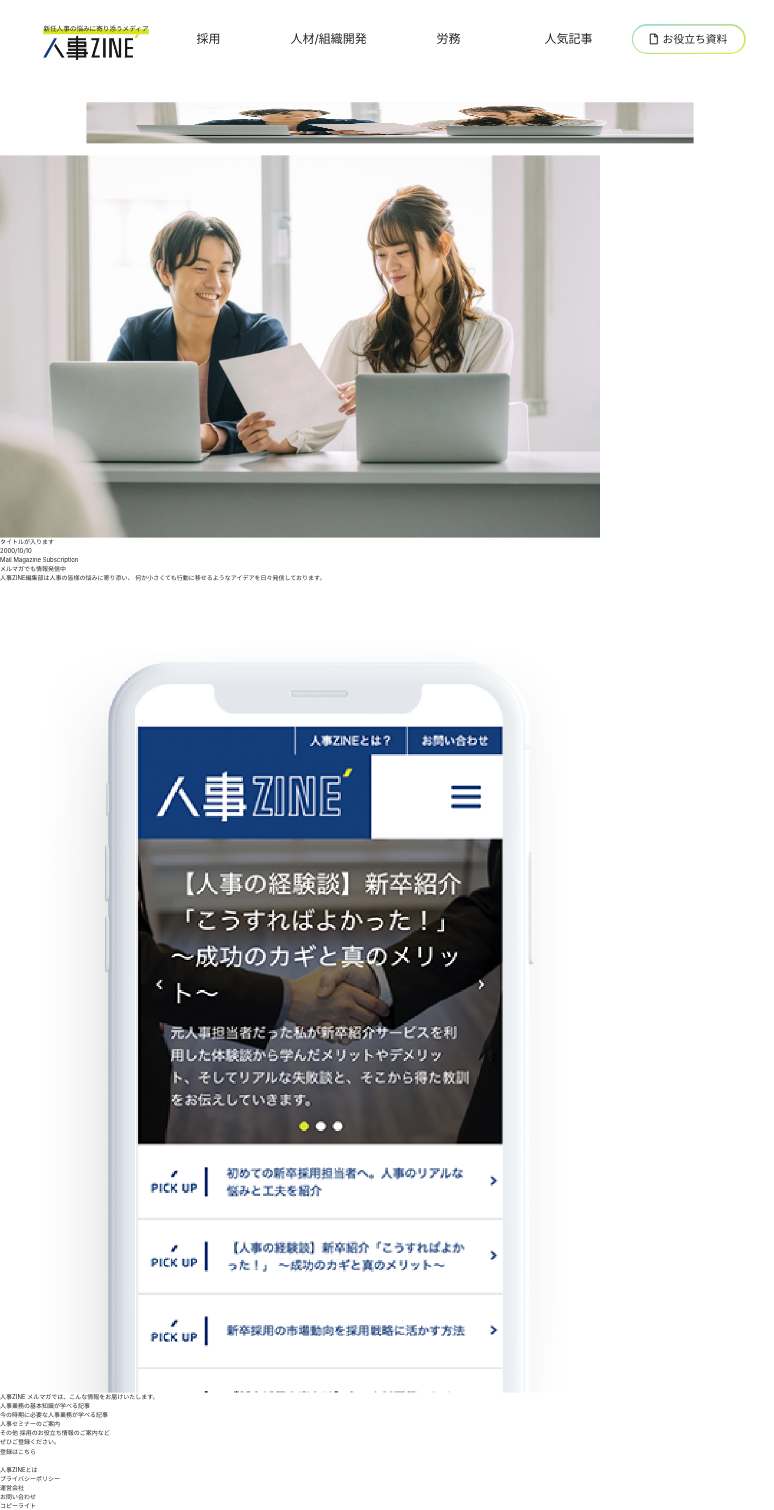
Repository: daisukey623/WpPractice
Page: http://localhost/index.html
The author's editor kept a copy of each file at every save. The page is drawn from the files as they stood at one save, then again after the next save.
The browser window is 1280 px wide. The page is 1290 px wide, so the pictures cover 1290 px, including what lies to the right of the window. The pictures show the whole page, at 60% of full size.
Some web libraries are served in a nearby version. The page is run by PHP 8.4 with error messages shown; the project is at /var/www/html/. Style sheets and scripts are compiled from the project's sources, by tool versions that may differ from the author's.

Above is the page before, as saved 2021-09-25 14:18:30.

### index.html
<!DOCTYPE html>
<html lang="en">
  <head>
    <meta charset="UTF-8" />
    <meta http-equiv="X-UA-Compatible" content="IE=edge" />
    <meta name="viewport" content="width=device-width, initial-scale=1.0" />
    <link rel="stylesheet" href="/scss/this-thema.css" />
    <link
      href="https://use.fontawesome.com/releases/v5.6.1/css/all.css"
      rel="stylesheet"
    />
    <title>Document</title>
  </head>
  <body>
    <section class="container">
      <header>
        <div class="header container">
          <div class="logo">
            <p class="logo-desc">新任人事の悩みに寄り添うメディア</p>
            <img src="/img/logo_black.png" alt="ロゴ" />
          </div>
          <nav class="nav">
            <ul class="nav-items">
              <li><a href="">採用</a></li>
              <li><a href="">人材/組織開発</a></li>
              <li><a href="">労務</a></li>
              <li><a href="">人気記事</a></li>
              <li>
                <button>
                  <span
                  ><a href=""><i class="far fa-file icon"></i>お役立ち資料</a>
                </span>
              </button>
            </li>
          </ul>
        </nav>
      </div>
    </header>
  </section>
    <main>
      <article class="article container">
        <div class="card-items">
          <div class="card-item">
            <img src="/img/eyecatch.jpg" alt="アイキャッチ" class="card-item-img"/>
            <h2 class="card-item-h2">記事のタイトルが入ります</h2>
            <p class="card-item-desc">
              記事ディスクリプションが入ります。記事ディスクリプションが入ります。記事ディスクリプションが入ります。記事ディスクリプションが入ります。
              記事ディスクリプションが入ります。記事ディスクリプションが入ります。
            </p>
            <p class="card-item-tag">#人材活躍×定着</p>
            <p class="card-item-date">2000/10/10</p>
          </div>
        </div>
      </article>
    </main>
    <aside>
      <article>
        <div>
          <img src="/img/eyecatch.jpg" alt="" />
          <h2>タイトルが入ります</h2>
          <p>2000/10/10</p>
        </div>
      </article>
    </aside>
    <footer>
      <div>
        <h2>Mail Magazine Subscription</h2>
        <p>メルマガでも情報発信中</p>
        <p>
          人事ZINE編集部は人事の皆様の悩みに寄り添い、
          何か小さくても行動に移せるようなアイデアを日々発信しております。
        </p>
      </div>
      <div>
        <img src="/img/footer_mail_mobile.png" alt="メルマガ" />
        <p>人事ZINE メルマガでは、こんな情報をお届けいたします。</p>
        <ul>
          <li>人事業務の基本知識が学べる記事</li>
          <li>今の時期に必要な人事業務が学べる記事</li>
          <li>人事セミナーのご案内</li>
          <li>その他 採用のお役立ち情報のご案内など</li>
        </ul>
        <p>ぜひご登録ください。</p>
        <button>登録はこちら</button>
      </div>
      <div>
        <img src="" alt="" />
        <img src="" alt="" />
        <img src="" alt="" />
        <ul>
          <li><a href="">人事ZINEとは</a></li>
          <li><a href="">プライバシーポリシー</a></li>
          <li><a href="">運営会社</a></li>
          <li><a href="">お問い合わせ</a></li>
        </ul>
        <p>コピーライト</p>
      </div>
    </footer>
  </body>
</html>

### scss/this-thema.scss
@import  "_variables.scss";
@import  "_global.scss";
@import  "_reset.scss";
@import  "_header.scss";
@import  "_archive.scss";

### scss/_variables.scss
// theme-color
$blue: #133D7A !default;
$yellow: #DBE222 !default;

// gradation-color
$gradatiomn-start:#9bd9d8;
$gradation-end:#d8eb4a;

### scss/_global.scss
html {
  font-family: sans-serif;
  line-height: 1.15;
  -webkit-text-size-adjust: 100%;
  -webkit-tap-highlight-color: rgba(0, 0, 0, 0);
  font-size: 10px;
  margin: 0;
  padding: 0;
}

body {
  margin: 0;
  padding: 0;
  font-family: -apple-system, BlinkMacSystemFont, 'Segoe UI', Roboto,
    'Helvetica Neue', Arial, 'Noto Sans', sans-serif, 'Apple Color Emoji',
    'Segoe UI Emoji', 'Segoe UI Symbol', 'Noto Color Emoji';
  font-size: 1rem;
  font-weight: 400;
  line-height: 1.5;
  color: #212529;
  text-align: left;
  background-color: #fff;
}

.container {
  display: flex;
  justify-content: center;
  // align-items: center;
  width: 100%;
  padding:1.0rem ;
  margin: 1.0rem;
}

### scss/_header.scss
.header {
  // display: flex;
  // justify-content: center;
  // align-items: center;
  height: 100px;
}

.logo {
  &-desc {
    background: linear-gradient(transparent 50%, $yellow 50%);
    font-size: 1.1rem;
  }
  img {
    width: 160px;
  }
}

.nav {
  &-items {
    overflow: hidden;
    display: flex;
    justify-content: center;
    align-items: center;
    li {
      width: 200px;
      text-align: center;
      float: left;
      font-size: 2rem;
      button {
        background-image: linear-gradient(to right bottom, #9bd9d8, #d8eb4a);
        border-image-slice: 1;
        border-radius: 2.5rem;
        font-size: 1.8rem;
        width: 190px;
        height: 50px;

      }
      span {
        display:inline-block;
        width: 185px;
        height: 45px;
        padding: 0.8rem;
        border-radius: 25px;
        background-color: white;

        &:hover {
          background-image: linear-gradient(
            to right bottom,
            $gradatiomn-start,
            $gradation-end
          );
        }
        .icon{
          margin-right: 0.8rem;
        }
      }
    }
  }
}

### scss/_archive.scss
.article {
  width: 100%;
}

.carrd-items {
}

.card-item {
  position: relative;
  overflow: hidden;

  &-img {
    position: absolute;
    top: 50%;
    left: 50%;
    transform: translate(-50%, -50%);
    width: 100%;
    height: 100%;
  }
  &-h2 {
    font-size: 1.6rem;
    color: red;
  }
  &-desc {
  }
  &-tag {
  }
  &-date {
  }
}

Loaded but not shown: scss/_reset.scss (common file)

After the next save:
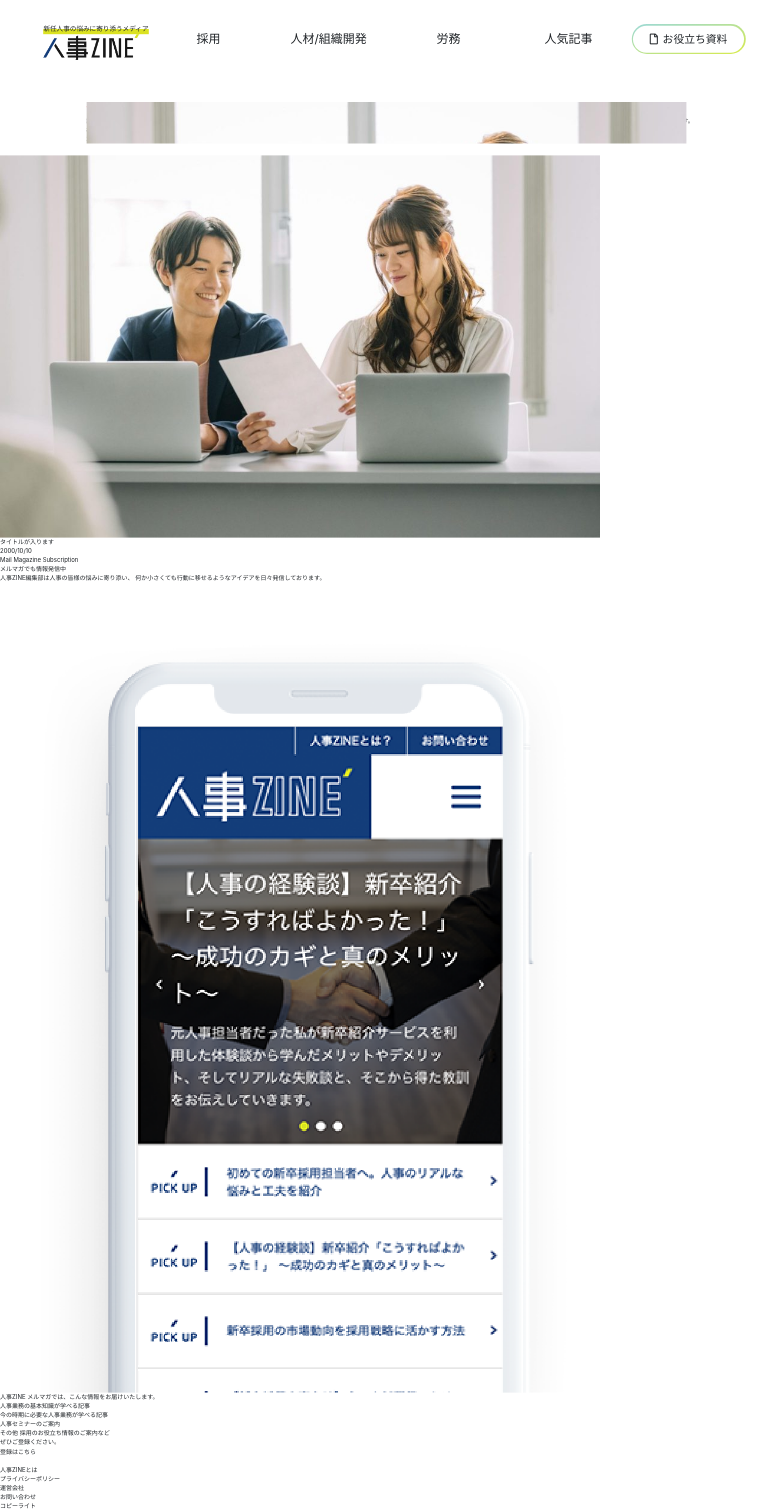
Saved 6 s later.
--- a/scss/_archive.scss
+++ b/scss/_archive.scss
@@ -11,11 +11,11 @@
 
   &-img {
     position: absolute;
-    top: 50%;
-    left: 50%;
-    transform: translate(-50%, -50%);
-    width: 100%;
-    height: 100%;
+    // top: 50%;
+    // left: 50%;
+    // transform: translate(-50%, -50%);
+    // width: 100%;
+    // height: 100%;
   }
   &-h2 {
     font-size: 1.6rem;
